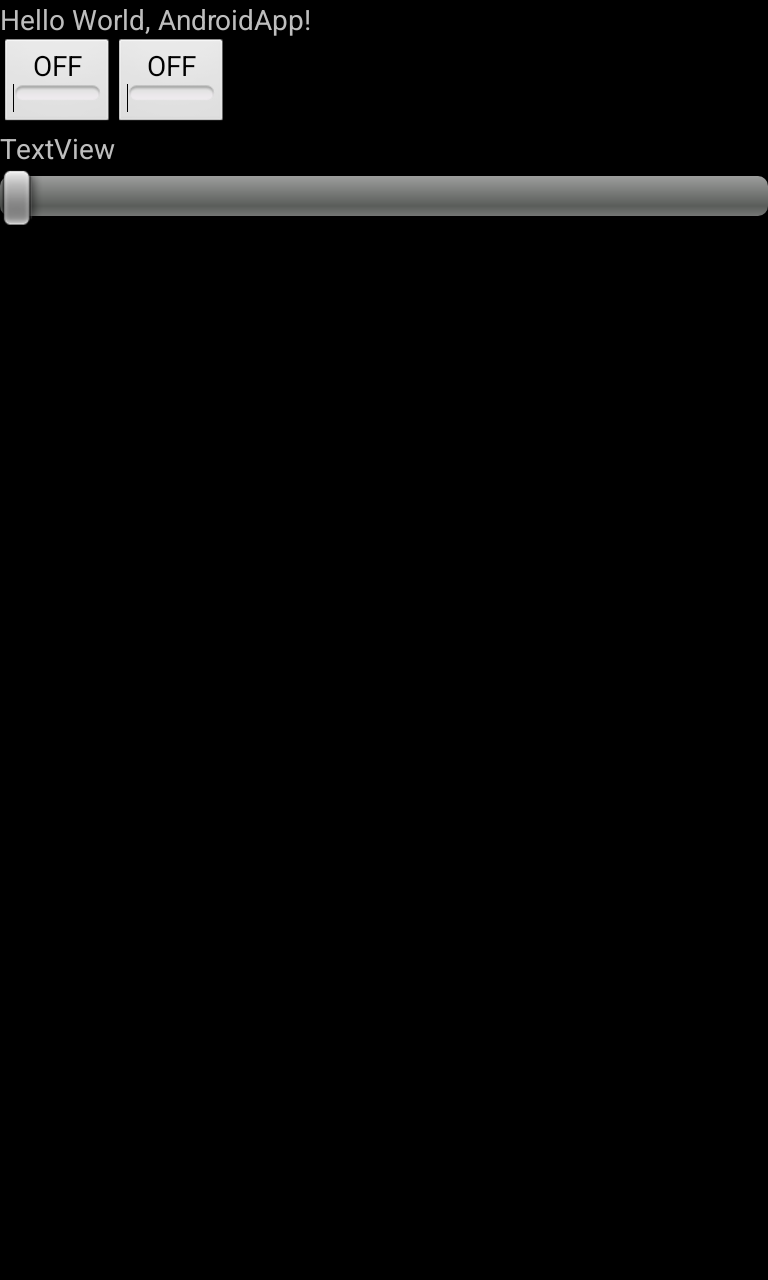
Repository: ondemanddesign/AndroidApp
Layout: AndroidApp/res/layout/main.xml
An editor plug-in stored every save of this project. The layout is shown before and after the next save, followed by the edit.
It is drawn on a 768 x 1280 px phone screen (xhdpi) without system bars, with theme android:Theme; the app's code is not run.

Above is the layout before, as saved 2011-06-15 18:45:33.

### AndroidApp/res/layout/main.xml
<?xml version="1.0" encoding="utf-8"?>
<LinearLayout xmlns:android="http://schemas.android.com/apk/res/android"
    android:orientation="vertical"
    android:layout_width="fill_parent"
    android:layout_height="fill_parent"
    >
<TextView
    android:layout_width="fill_parent"
    android:layout_height="wrap_content"
    android:text="@string/hello"
    />
<LinearLayout android:id="@+id/linearLayout1" android:layout_width="match_parent" android:layout_height="wrap_content">
    <ToggleButton android:text="ToggleButton" android:id="@+id/toggleButton1" android:layout_width="wrap_content" android:layout_height="wrap_content"></ToggleButton>
    <ToggleButton android:text="ToggleButton" android:id="@+id/toggleButton2" android:layout_width="wrap_content" android:layout_height="wrap_content"></ToggleButton>
</LinearLayout>
<TextView android:layout_width="wrap_content" android:text="TextView" android:layout_height="wrap_content" android:id="@+id/LED_State"></TextView>
<SeekBar android:id="@+id/led1Brightness" android:layout_height="wrap_content" android:layout_width="match_parent"></SeekBar>
</LinearLayout>

### AndroidApp/res/values/strings.xml
<?xml version="1.0" encoding="utf-8"?>
<resources>
    <string name="hello">Hello World, AndroidApp!</string>
    <string name="app_name">AndroidApp</string>
</resources>

After the next save:
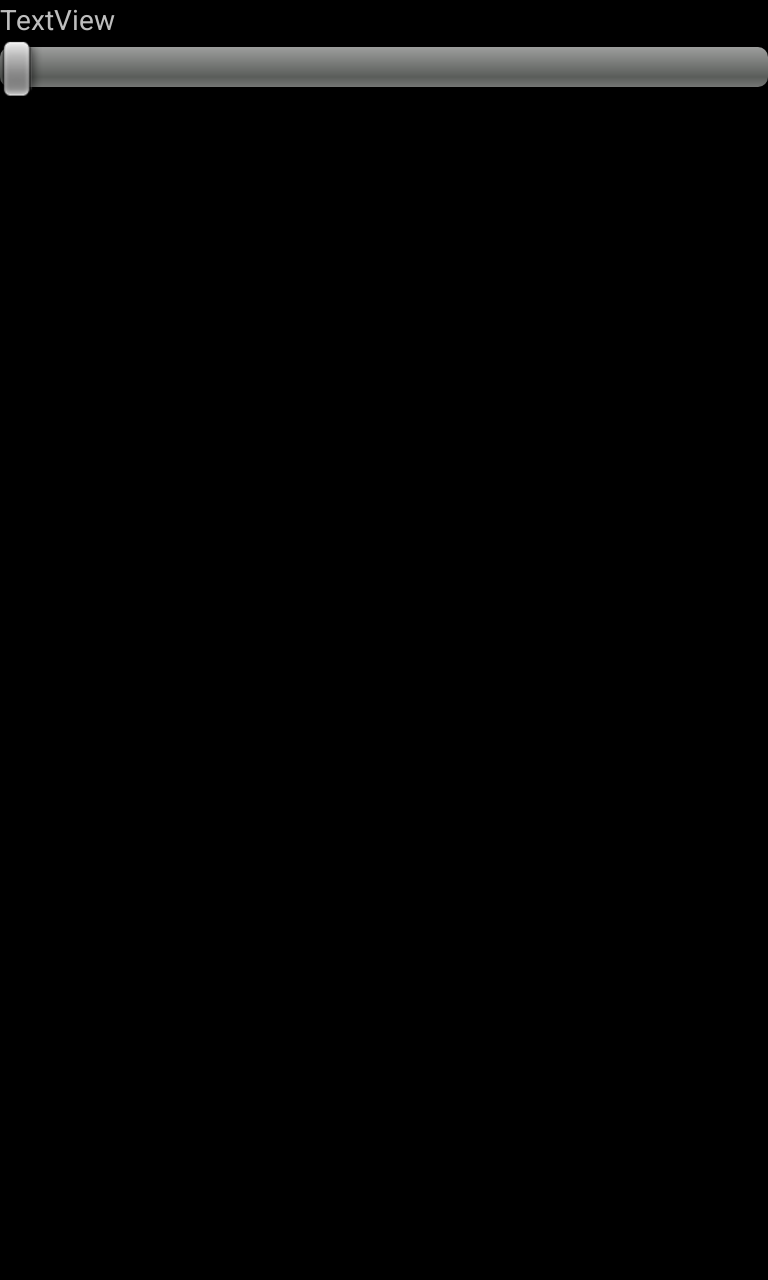
Saved 13 min 5 s later.
--- a/AndroidApp/res/layout/main.xml
+++ b/AndroidApp/res/layout/main.xml
@@ -4,14 +4,7 @@
     android:layout_width="fill_parent"
     android:layout_height="fill_parent"
     >
-<TextView
-    android:layout_width="fill_parent"
-    android:layout_height="wrap_content"
-    android:text="@string/hello"
-    />
 <LinearLayout android:id="@+id/linearLayout1" android:layout_width="match_parent" android:layout_height="wrap_content">
-    <ToggleButton android:text="ToggleButton" android:id="@+id/toggleButton1" android:layout_width="wrap_content" android:layout_height="wrap_content"></ToggleButton>
-    <ToggleButton android:text="ToggleButton" android:id="@+id/toggleButton2" android:layout_width="wrap_content" android:layout_height="wrap_content"></ToggleButton>
 </LinearLayout>
 <TextView android:layout_width="wrap_content" android:text="TextView" android:layout_height="wrap_content" android:id="@+id/LED_State"></TextView>
 <SeekBar android:id="@+id/led1Brightness" android:layout_height="wrap_content" android:layout_width="match_parent"></SeekBar>

After the save that followed:
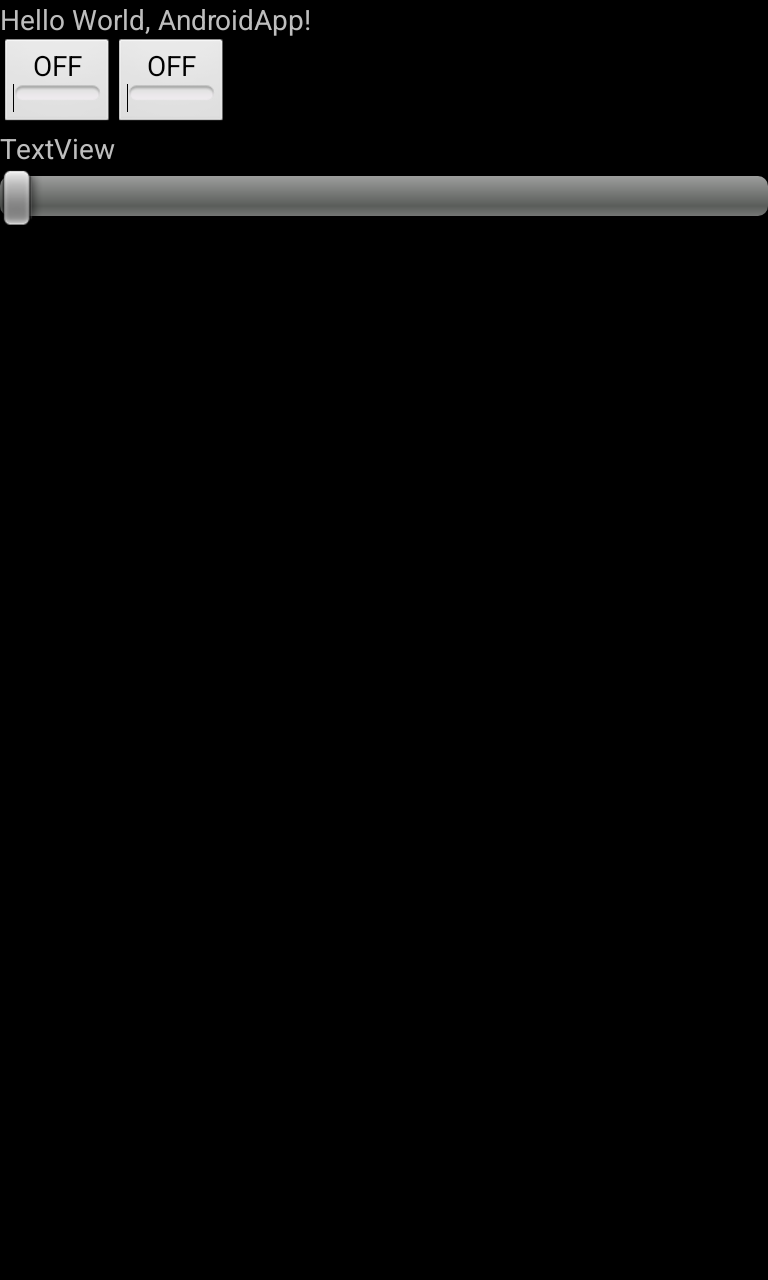
Saved 103 s later.
--- a/AndroidApp/res/layout/main.xml
+++ b/AndroidApp/res/layout/main.xml
@@ -4,7 +4,14 @@
     android:layout_width="fill_parent"
     android:layout_height="fill_parent"
     >
+<TextView
+    android:layout_width="fill_parent"
+    android:layout_height="wrap_content"
+    android:text="@string/hello"
+    />
 <LinearLayout android:id="@+id/linearLayout1" android:layout_width="match_parent" android:layout_height="wrap_content">
+    <ToggleButton android:text="ToggleButton" android:id="@+id/toggleButton1" android:layout_width="wrap_content" android:layout_height="wrap_content"></ToggleButton>
+    <ToggleButton android:text="ToggleButton" android:id="@+id/toggleButton2" android:layout_width="wrap_content" android:layout_height="wrap_content"></ToggleButton>
 </LinearLayout>
 <TextView android:layout_width="wrap_content" android:text="TextView" android:layout_height="wrap_content" android:id="@+id/LED_State"></TextView>
 <SeekBar android:id="@+id/led1Brightness" android:layout_height="wrap_content" android:layout_width="match_parent"></SeekBar>
